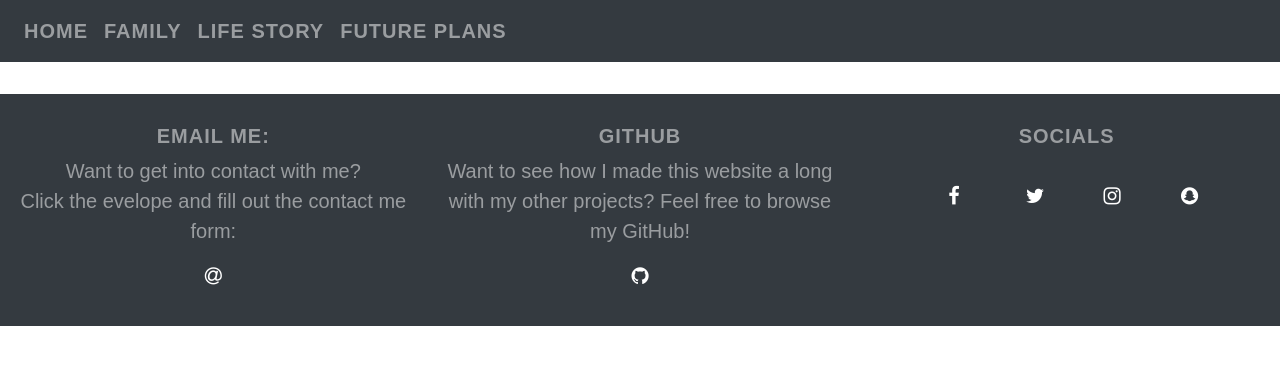
Repository: Code-Institute-Submissions/user-centric-frontend-dev-milestone-project
Page: gallery.html
The author's editor kept a record of every edit. The page is drawn from the files as they stood at one moment, then again after the next edit.
The browser window is 1280 px wide. The pictures show the whole page.
Some web fonts or font styles are not loaded; a fallback is used.

Above is the page before.

After the next edit:
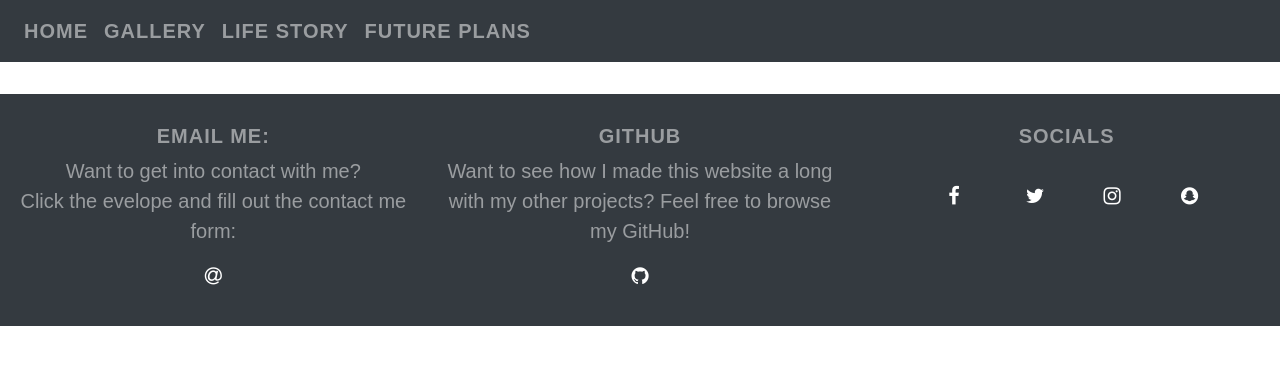
The edit:
--- a/gallery.html
+++ b/gallery.html
@@ -25,7 +25,7 @@
                         <a class="nav-link" href="index.html">Home</a>
                     </li>
                     <li class="nav-item">
-                        <a class="nav-link" href="family.html">Family</a>
+                        <a class="nav-link" href="gallery.html">Gallery</a>
                     </li>
                     <li class="nav-item">
                         <a class="nav-link" href="story.html">Life Story</a>
